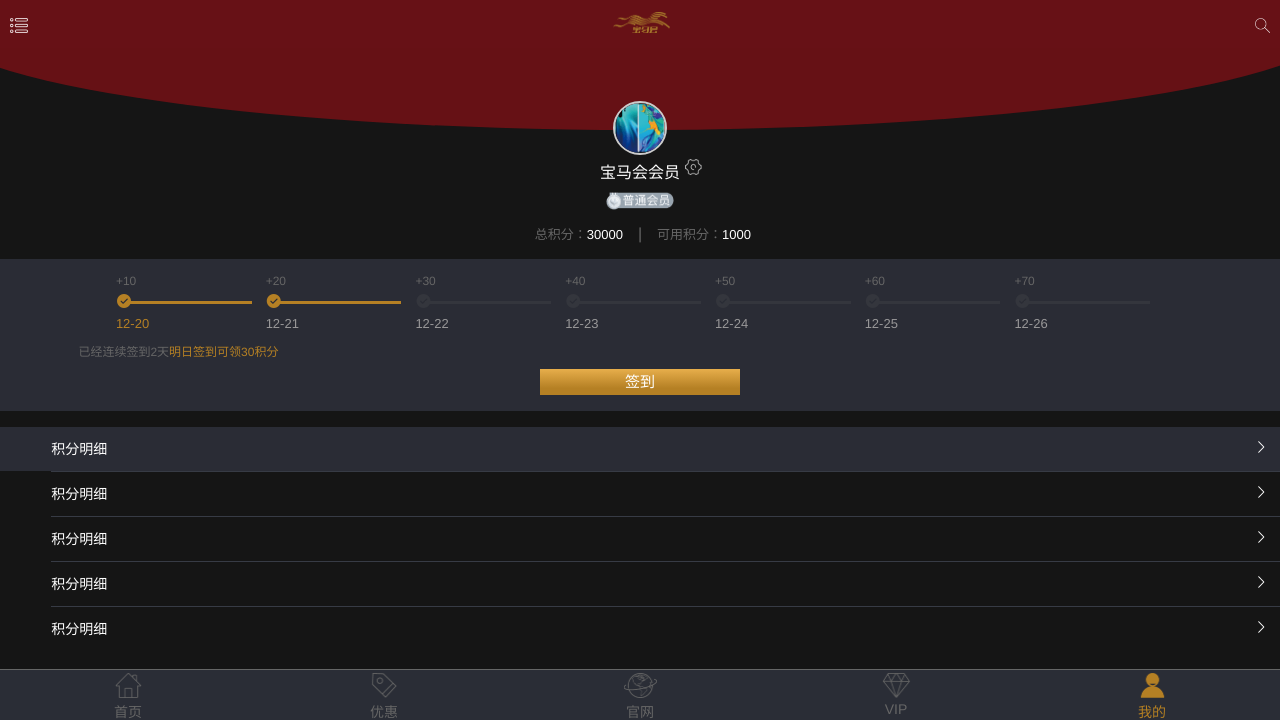
Repository: ada6688/IntegralMall
Page: /Member
The author's editor kept a copy of each file at every save. The page is drawn from the files as they stood at one save, then again after the next save.
The browser window is 1280 px wide. The pictures show the whole page.
The project was rebuilt for these pictures with package versions that can differ from the ones it lists, and the page was loaded fresh each time. Also part of the build but not shown: src/components/page/notice.vue, src/components/page/shouye.vue, src/components/page/Vip.vue, src/components/page/Youhui.vue, src/router/index.js.

Above is the page before, as saved 2020-01-04 17:24:06.

### index.html
<!DOCTYPE html>
<html>
  <head>
    <meta charset="utf-8">
    <meta name="viewport" content="width=device-width,initial-scale=1.0">
    <title>integralmall</title>
  </head>
  <body>
    <div id="app"></div>
    <!-- built files will be auto injected -->
  </body>
</html>

### src/main.js
// The Vue build version to load with the `import` command
// (runtime-only or standalone) has been set in webpack.base.conf with an alias.
import Vue from 'vue'
import App from './App'
import router from './router'
import ElementUI from 'element-ui'
import 'element-ui/lib/theme-chalk/index.css'
import {Cell, CellGroup, Tabbar, TabbarItem, PullRefresh, Stepper, Tab, Tabs, Button, Row, Col, Swipe, SwipeItem, Lazyload, List, Field, NavBar} from 'vant'
import '../src/assets/css/common.css'
import '../src/assets/css/index.css'
import 'swiper/dist/css/swiper.css'
import VueAwesomeSwiper from 'vue-awesome-swiper'
// import BScroll from 'better-scroll'

// Vue.use(BScroll)
Vue.use(VueAwesomeSwiper)
Vue.use(ElementUI)
Vue.use(Cell).use(CellGroup).use(Tabbar).use(TabbarItem).use(Stepper).use(PullRefresh).use(Tab).use(Tabs).use(Field).use(NavBar).use(Button).use(Row).use(Col).use(Swipe).use(SwipeItem).use(Lazyload).use(List)

Vue.config.productionTip = false

/* eslint-disable no-new */
new Vue({
  el: '#app',
  router,
  components: {
    App
  },
  template: '<App/>'
})
router.beforeEach((to, from, next) => {
  let str = '<p>个人中心</p>'
  if (to.meta.title) {
    document.getElementById('top-logo-change').innerHTML = to.meta.title
    if (to.meta.title === str) {
      document.getElementById('top-nav-right').innerHTML = '<img src="/static/topnav/kf.png" alt="搜索">'
    } else {
      document.getElementById('top-nav-right').innerHTML = '<img src="/static/topnav/ss.png" alt="搜索">'
    }
    // document.title = to.meta.title
  }
  next()
})

### src/App.vue
<template>
  <div id="app">
    <TopNav></TopNav>
    <router-view/>
    <BottomNav></BottomNav>
  </div>
</template>

<script>
import BottomNav from '@/components/common/Bottomnav'
import TopNav from '@/components/common/Topnav'
export default {
  name: 'App',
  components: {
    BottomNav,
    TopNav
  }
}
</script>

<style>
#app {
  font-family: 'Avenir', Helvetica, Arial, sans-serif;
  -webkit-font-smoothing: antialiased;
  -moz-osx-font-smoothing: grayscale;
  text-align: center;
  color: #2c3e50;
  background: #151515;
  height: 100vh;
}
</style>

### src/assets/css/common.css
body,p,ul{
  margin: 0;
  padding: 0;
}
li{
  list-style: none;
}
/* 顶部栏 */
.top-nav{
  width: 100%;
  height: 3rem;
  line-height: 3.5rem;
  background-color: #671116;
  position: fixed;
  top: 0;
  z-index: 99;
}
.top-nav-logo{
  color: #B58024;
}
.top-nav > div{
  display: inline-block;
  height: 100%;
}
.top-nav-left{
  float: left;
  margin-left: 10px;
}
.top-nav-right{
  float: right;
  margin-right: 10px;
}
.banner-item > img{
  width: 100%;
}
.swiper-container{
  height: 7.28rem;
}
.top-nav-t{
  color: #B58024;
}
/* 每个一级页面共有class */
.main-wrap{
  margin-top: 3rem;
  margin-bottom: 3.125rem;
  background: #151515;
}
/* 公告 */
.Notice-sign{
  width: 2rem;
  height: 100%;
  background: url('../images/topnav/lb.png') center no-repeat;
  float: left;
  box-shadow: 1px 0px 5px rgba(0,0,0,0.8);
}
.Notice-textBox {
  width: 100%;
  height: 1.3rem;
  line-height: 1.3rem;
  font-size: .5rem;
  color: #999999;
  background: #2A2D36;
  overflow: hidden;
  position: relative;
  text-align: left;
  z-index: 9;
}
.Notice-text {
  width: 100%;
  padding-left: 42px;
  position: absolute;
  bottom: 0;
}
.slide-enter-active, .slide-leave-active {
  transition: all 0.5s linear;
}
.slide-enter{
  transform: translateY(20px) scale(1);
  opacity: 1;
}
.slide-leave-to {
  transform: translateY(-20px) scale(0.8);
  opacity: 0;
}
/* 底部导航 */
.bottom-tab{
  width:100%;
  height:3.125rem;
  background-color:#2A2D36;
  border-top: 1px solid #656666;
  position: fixed;
  left:0px;
  bottom:0px;
}
.tab-item{
  width: 20%;
  float: left;
  align-items:center;
  justify-content:center;
  font-size:14px;
  color:#666;
  z-index: 999;
}
.NavSigh{
    width:33px;
    margin-top:3px;
}
.on{
  color:#b58023;
}

### src/assets/css/index.css
/****************** 首页商品 *****************/
.products-item{
  width: 46.9%;
  height: 100px;
  padding-right: 2.9%;
  border-right: 1px solid #161616;
  border-bottom: 1px solid #161616;
  background: #292C35;
  float: left;
}
.products-item-even{
  width: 46.9%;
  height: 100px;
  border-bottom: 1px solid #161616;
  background: #292C35;
  padding-left: 2.9%;
  float: left;
}
.product-item-text{
  width: 50%;
  height: 70px;
  color: #ffffff;
  margin-top: 15px;
  float: left;
  text-align: left;
}
.product-item-text p{
  height: 43px;
  font-size: 15px;
  margin-bottom: 5px;
  display: -webkit-box;/*作为弹性伸缩盒子模型显示*/
  -webkit-line-clamp: 2; /*显示的行数；如果要设置2行加...则设置为2*/
  overflow: hidden; /*超出的文本隐藏*/
  text-overflow: ellipsis; /* 溢出用省略号*/
  -webkit-box-orient: vertical;
}
.product-item-text span{
  color: #B58024;
  font-size: 13px;
}
.product-item-img{
  width: 12%;
  height: 100px;
  display: table-cell;
  vertical-align: middle;
  /* float: left; */
}
.product-item-img img{
  max-width: 100%;
}
/******************* 优惠 *******************/
.yh-wrap div{
  padding: 1rem 1rem 0 1rem;
}
.yh-wrap img{
  width: 100%;
}
/******************* VIP *******************/
.level-welfare-wrap, .level-require-wrap{
  padding-bottom: 20px;
}
.VipTop-level-sign{
  display: inline-block;
}
.VipTop-level-text{
  position: absolute;
  bottom: -5px;
}
.vip-level-wrap ul li{
  float: left;
  width: 33.33%;
  height: 79px;
}
.vip-level-wrap ul div{
  width: 34px;
  height: 34px;
  border: 1px solid #CCCCCC;
  border-radius: 17px;
  margin-bottom: 9px;
  display: inline-block;
  vertical-align: middle;
}
.vip-level-wrap ul img{
  margin-top: 7px;
}
.vip-level-wrap ul li>p{
  color: #CCCCCC;
  font-size: 13px;
}
.Vip-level-T{
  color: #ffffff;
  font-size: 16px;
  font-weight: bold;
  text-align: left;
  padding: 15px 0 10px 17px;
  background: #2A2C35;
}
.Vip-level-tips{
  color: #F5BF1B;
  font-size: 13px;
  text-align: left;
  padding: 15px 20px 10px 17px;
  background: #2A2C35;
}
.level-rules-wrap{
  color: #CCCCCC;
  font-size: 12px;
  background: #2A2C35;
  text-align: left;
  padding: 15px 17px 16px 17px;
  margin-bottom: 50px;
}
.level-rules-wrap span{
  font-size: 16px;
  color: #ffffff;
  display: inline-block;
  margin-bottom: 9px;
}
.level-rules-wrap p{
  line-height: 24px;
  /* margin-top: 5px; */
}
.level-rules-wrap p:last-child{
  margin-bottom: 10px;
}
/******************* 个人中心 *******************/
.member-half-circle{
  width: 111%;
  height: 31%;
  border-radius: 50%;
  position: fixed;
  top: -13%;
  background: #661115;
  left: -5.8%;
}
.member-wrap{
  width: 100%;
  position: fixed;
  top: 14%;
}
.member-img > img{
  width: 7vh;
  height: 7vh;
  border-radius: 100%;
  border: 2px solid #CCCCCC;
}
.member-name{
  color: #ffffff;
  font-size: 16px;
  position: relative;
}
.member-name img{
  position: absolute;
  margin-left: 5px;
  bottom: 8px;
}
.member-level-sign{
  margin: 8px 0 10px 0;
}
.member-integral{
  text-align: center;
}
.member-integral-slice{
  display: inline-block;
  color: #666666;
  margin: 0 15px;
}
.member-integral span{
  font-size: 13px;
  color: #ffffff;
}
.member-integral p{
  font-size: 13px;
  color: #666666;
  display: inline-block;
}
.member-total{
  width: 42%;
  display: inline-block;
  text-align: right;
}
.member-useful{
  width: 42%;
  display: inline-block;
  text-align: left;
}
.member-signIn{
  background: #2A2C35;
  padding: 15px 1rem 1rem 1rem;
  margin: 16px 0;
}
.member-signIn-status-1{
  width: 12%;
  text-align: left;
  display: inline-block;
}
.member-signIn-in{
  color: #666666;
  font-size: 12px;
  margin-bottom: 5px;
}
.member-signIn-date{
  color: #999899;
  font-size: 13px;
  margin-top: 5px;
}
.member-signIn-date-active{
  color: #B58024;
  font-size: 13px;
  margin-top: 5px;
}
.el-icon-success{
  color: #34363D;
}
.member-signIn-line{
  width: 84%;
  height: 3px;
  display: inline-block;
  background: #34363D;
  margin: 0 -34px 3px -6px;
}
.member-signIn-icon-active{
  color: #B58024 !important;
}
.member-signIn-active{
  background: #B58024 !important;
}
.member-signIn-tips{
  font-size: 12px;
  text-align-last: justify;
  padding: 0 5%;
  margin-top: 10px;
}
.member-signIn-tips p{
  display: inline-block;
}
.member-signIn-tips p:first-child{
  color: #666666;
}
.member-signIn-tips p:last-child{
  color: #B58024;
}
.member-signIn-button{
  width:200px;
  height:26px;
  line-height: 26px;
  color: #ffffff;
  font-size: 15px;
  margin: 0 auto;
  background:linear-gradient(0deg,rgba(181,128,36,1) 26%,rgba(231,174,75,1) 100%);
  margin-top: 10px;
}
.member-more-detail{
  width: 96%;
  height: 44px;
  line-height: 44px;
  color: #ffffff;
  background: #2A2C35;
  padding: 0 4%;
}
.member-jifen,.member-duihuan,.member-guanyu,.member-yiwen,.member-huize{
  height: 44px;
  border-bottom: 1px solid #373B45;
}
.member-jifen-T{
  font-size: 14px;
  float: left;
  margin-right: 66%;
}
.el-icon-arrow-right{
  width: 7px;
  height: 7px;
  position: absolute;
  right: 20px;
  margin-top: 12px;
}

### src/components/common/Bottomnav.vue
<template>
  <div class="bottom-tab">
    <div class="tab-item" @click="switchTo('/shouye')">
      <img class="NavSigh" :src="'/shouye' === $route.path ? tabBarImgArr[0].selected : tabBarImgArr[0].normal" alt="首页">
      <p :class="{on: '/shouye' === $route.path}">首页</p>
    </div>
    <div class="tab-item" @click="switchTo('/Youhui')">
      <img class="NavSigh" :src="'/Youhui' === $route.path ? tabBarImgArr[1].selected : tabBarImgArr[1].normal" alt="推荐">
      <p :class="{on: '/Youhui' === $route.path}">优惠</p>
    </div>
    <div class="tab-item">
      <img class="NavSigh" :src="'/' === $route.path ? tabBarImgArr[2].selected : tabBarImgArr[2].normal" alt="搜索">
      <p :class="{on: '/' === $route.path}">官网</p>
    </div>
    <div class="tab-item" @click="switchTo('/Vip')">
      <img class="NavSigh" :src="'/Vip' === $route.path ? tabBarImgArr[3].selected : tabBarImgArr[3].normal" alt="聊天">
      <p :class="{on: '/Vip' === $route.path}">VIP</p>
    </div>
    <div class="tab-item" @click="switchTo('/Member')">
      <img class="NavSigh" :src="'/Member' === $route.path ? tabBarImgArr[4].selected : tabBarImgArr[4].normal" alt="我的">
      <p :class="{on: '/Member' === $route.path}">我的</p>
    </div>
  </div>
</template>
<script>
export default {
  data () {
    return {
      tabBarImgArr: [
        {normal: require('../../assets/images/navLogo/sy_x.png'), selected: require('../../assets/images/navLogo/sy.png')},
        {normal: require('../../assets/images/navLogo/yh_x.png'), selected: require('../../assets/images/navLogo/yh.png')},
        {normal: require('../../assets/images/navLogo/gw_x.png'), selected: require('../../assets/images/navLogo/gw.png')},
        {normal: require('../../assets/images/navLogo/zs_x.png'), selected: require('../../assets/images/navLogo/zs.png')},
        {normal: require('../../assets/images/navLogo/wd_x.png'), selected: require('../../assets/images/navLogo/wd.png')}
      ]
    }
  },
  methods: {
    switchTo (path) {
      this.$router.replace(path)
    }
  }
}
</script>
<style>

</style>

### src/components/common/Topnav.vue
<template>
  <div class="top-nav">
    <div class="top-nav-left">
      <img src="../../assets/images/topnav/cd.png" alt="菜单">
    </div>
    <div id="top-logo-change" class="top-nav-logo">
      <img src="../../assets/images/topnav/logo.png" alt="logo">
    </div>
    <div id="top-nav-right" class="top-nav-right">
      <img src="../../assets/images/topnav/ss.png" alt="搜索">
    </div>
  </div>
</template>
<script>
export default {
  data () {
    return {
      tabBarImgArr: [
        {normal: require('../../assets/images/topnav/logo.png')},
        {normal: require('../../assets/images/topnav/ss.png')},
        {normal: require('../../assets/images/topnav/cd.png')}
      ]
    }
  }
}
</script>
<style>

</style>

### src/components/page/Member.vue
<template>
  <div>
    <div class="member-half-circle"></div>
    <div class="member-wrap">
      <!-- 会员信息 -->
      <div class="member-person-info">
        <!-- 会员头像 -->
        <div class="member-img">
          <img src="../../assets/images/products/hw.png" alt="">
        </div>
        <!-- 会员名称与设置图标 -->
        <p class="member-name">
          <span>宝马会会员</span>
          <img src="../../assets/images/member/sz.png" alt="">
        </p>
        <!-- 会员等级图标 -->
        <div class="member-level-sign">
          <img src="../../assets/images/member/pt.png" alt="">
        </div>
        <div class="member-integral">
          <div class="member-total">
            <p>总积分：</p>
            <span>30000</span>
          </div>
          <div class="member-integral-slice">|</div>
          <div class="member-useful">
            <p>可用积分：</p>
            <span>1000</span>
          </div>
        </div>
      </div>
      <!-- 签到 -->
      <div class="member-signIn">
        <div class="member-signIn-status">
          <!-- 签到进度条 -->
          <div class="member-signIn-status-1">
            <p class="member-signIn-in">+10</p>
            <i class="el-icon-success member-signIn-icon-active"></i>
            <span class="member-signIn-line member-signIn-active"></span>
            <p class="member-signIn-date-active">12-20</p>
          </div>
          <div class="member-signIn-status-1">
            <p class="member-signIn-in">+20</p>
            <i class="el-icon-success member-signIn-icon-active"></i>
            <span class="member-signIn-line member-signIn-active"></span>
            <p class="member-signIn-date">12-21</p>
          </div>
          <div class="member-signIn-status-1">
            <p class="member-signIn-in">+30</p>
            <i class="el-icon-success"></i>
            <span class="member-signIn-line"></span>
            <p class="member-signIn-date">12-22</p>
          </div>
          <div class="member-signIn-status-1">
            <p class="member-signIn-in">+40</p>
            <i class="el-icon-success"></i>
            <span class="member-signIn-line"></span>
            <p class="member-signIn-date">12-23</p>
          </div>
          <div class="member-signIn-status-1">
            <p class="member-signIn-in">+50</p>
            <i class="el-icon-success"></i>
            <span class="member-signIn-line"></span>
            <p class="member-signIn-date">12-24</p>
          </div>
          <div class="member-signIn-status-1">
            <p class="member-signIn-in">+60</p>
            <i class="el-icon-success"></i>
            <span class="member-signIn-line"></span>
            <p class="member-signIn-date">12-25</p>
          </div>
          <div class="member-signIn-status-1">
            <p class="member-signIn-in">+70</p>
            <i class="el-icon-success"></i>
            <span class="member-signIn-line"></span>
            <p class="member-signIn-date">12-26</p>
          </div>
          <div class="member-signIn-tips">
            <p>已经连续签到2天</p>
            <p>明日签到可领30积分</p>
          </div>
          <!-- 签到按钮 -->
          <div class="member-signIn-button">签到</div>
        </div>
      </div>
      <!-- 积分明细，兑换记录，积分详情疑问规则等 -->
      <div class="member-more-detail">
        <div class="member-jifen">
          <div  class="member-jifen-T">积分明细</div>
          <i class="el-icon-arrow-right"></i>
        </div>
        <div class="member-duihuan">
          <div  class="member-jifen-T">积分明细</div>
          <i class="el-icon-arrow-right"></i>
        </div>
        <div class="member-guanyu">
          <div  class="member-jifen-T">积分明细</div>
          <i class="el-icon-arrow-right"></i>
        </div>
        <div class="member-yiwen">
          <div  class="member-jifen-T">积分明细</div>
          <i class="el-icon-arrow-right"></i>
        </div>
        <div class="member-guize">
          <div  class="member-jifen-T">积分明细</div>
          <i class="el-icon-arrow-right"></i>
        </div>
      </div>
    </div>
  </div>
</template>
<script>
export default {
  name: 'App',
  components: {
  },
  data () {
    return {
      active: 0
    }
  }
}
</script>
<style>

</style>

After the next save:
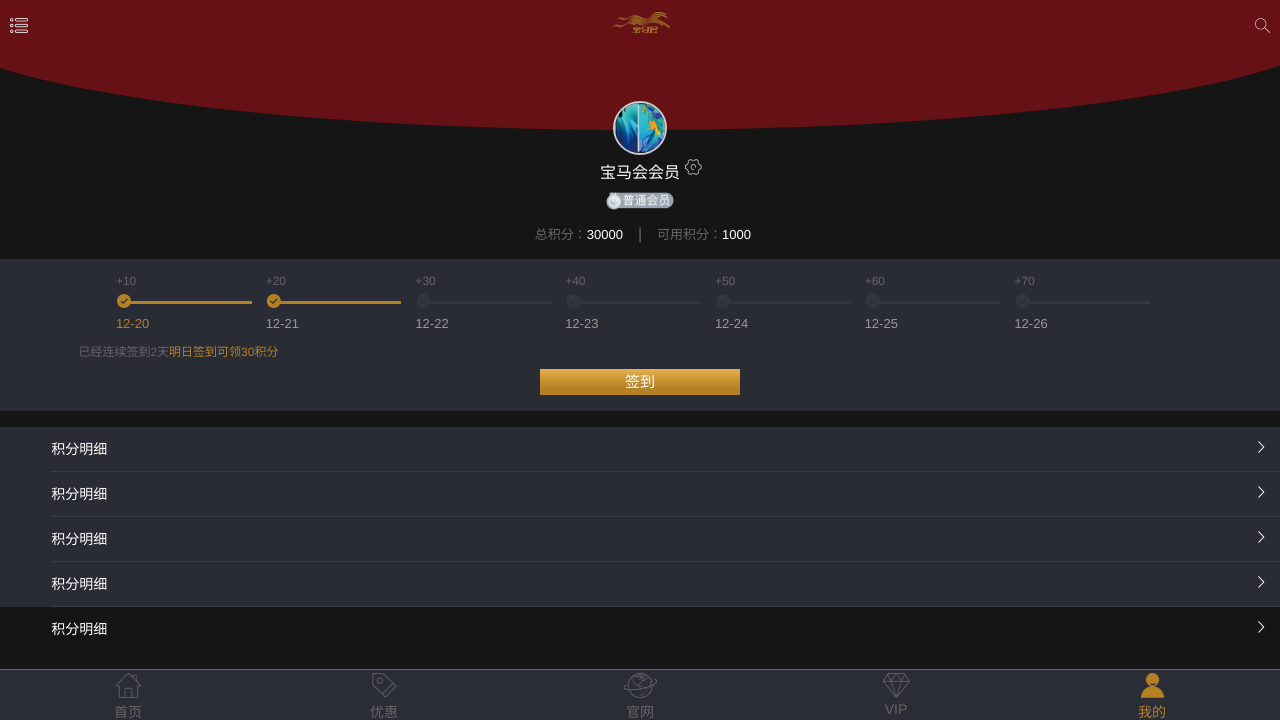
Saved 10 s later.
--- a/src/assets/css/index.css
+++ b/src/assets/css/index.css
@@ -252,7 +252,6 @@
 }
 .member-more-detail{
   width: 96%;
-  height: 44px;
   line-height: 44px;
   color: #ffffff;
   background: #2A2C35;
